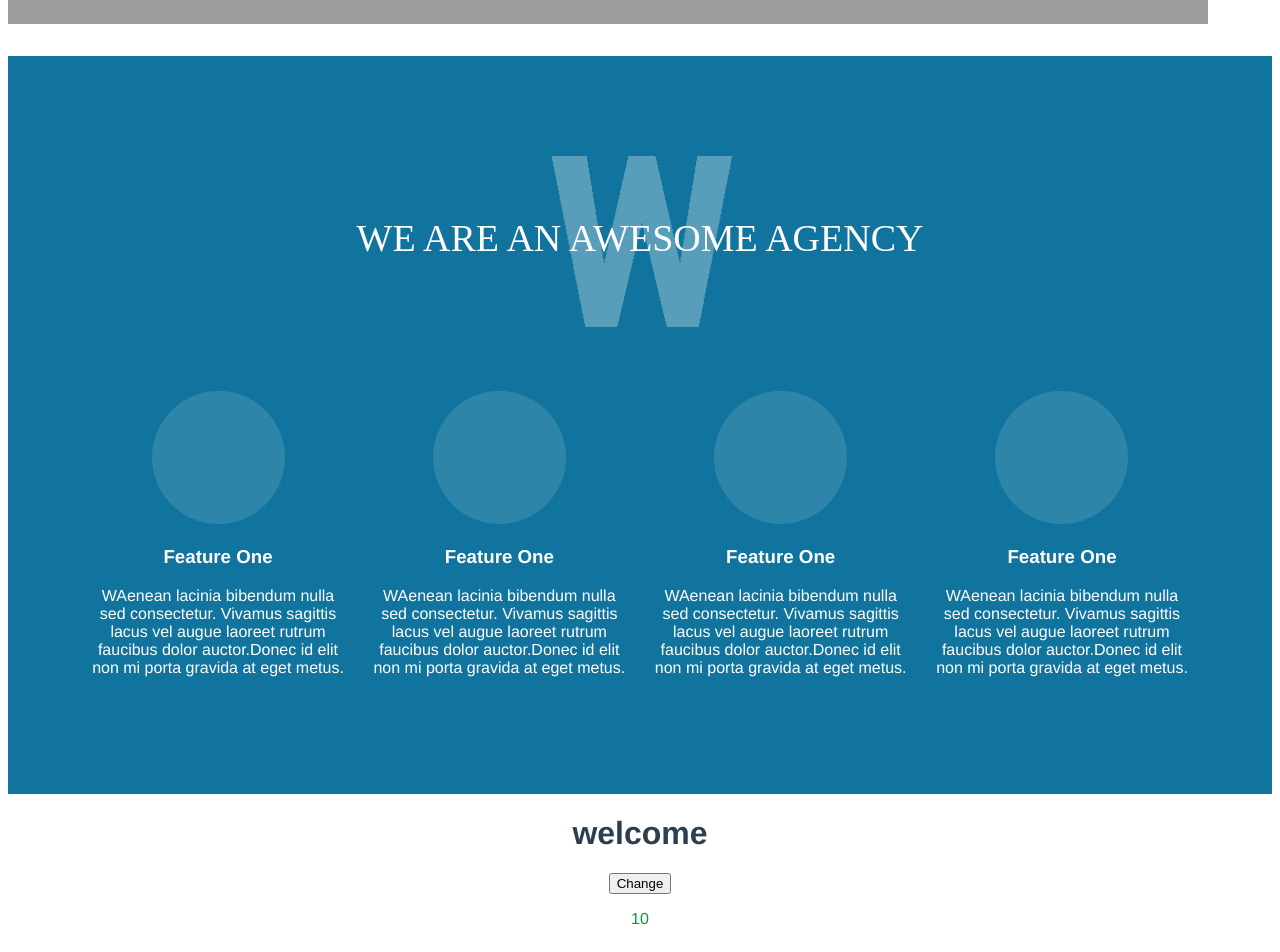
Repository: joker506/Creatives
Page: /
An editor plug-in stored every save of this project. The page is shown before and after the next save, followed by the edit.
The browser window is 1280 px wide. The pictures show the part of the page from y = 884 to 1836 px (the page is 1836 px tall).
Pictures or frames that could not be fetched are drawn as grey boxes. The project was rebuilt for these pictures with package versions that can differ from the ones it lists, and the page was loaded fresh each time.

Above is the page before, as saved 2020-04-01 19:11:29.

After the next save:
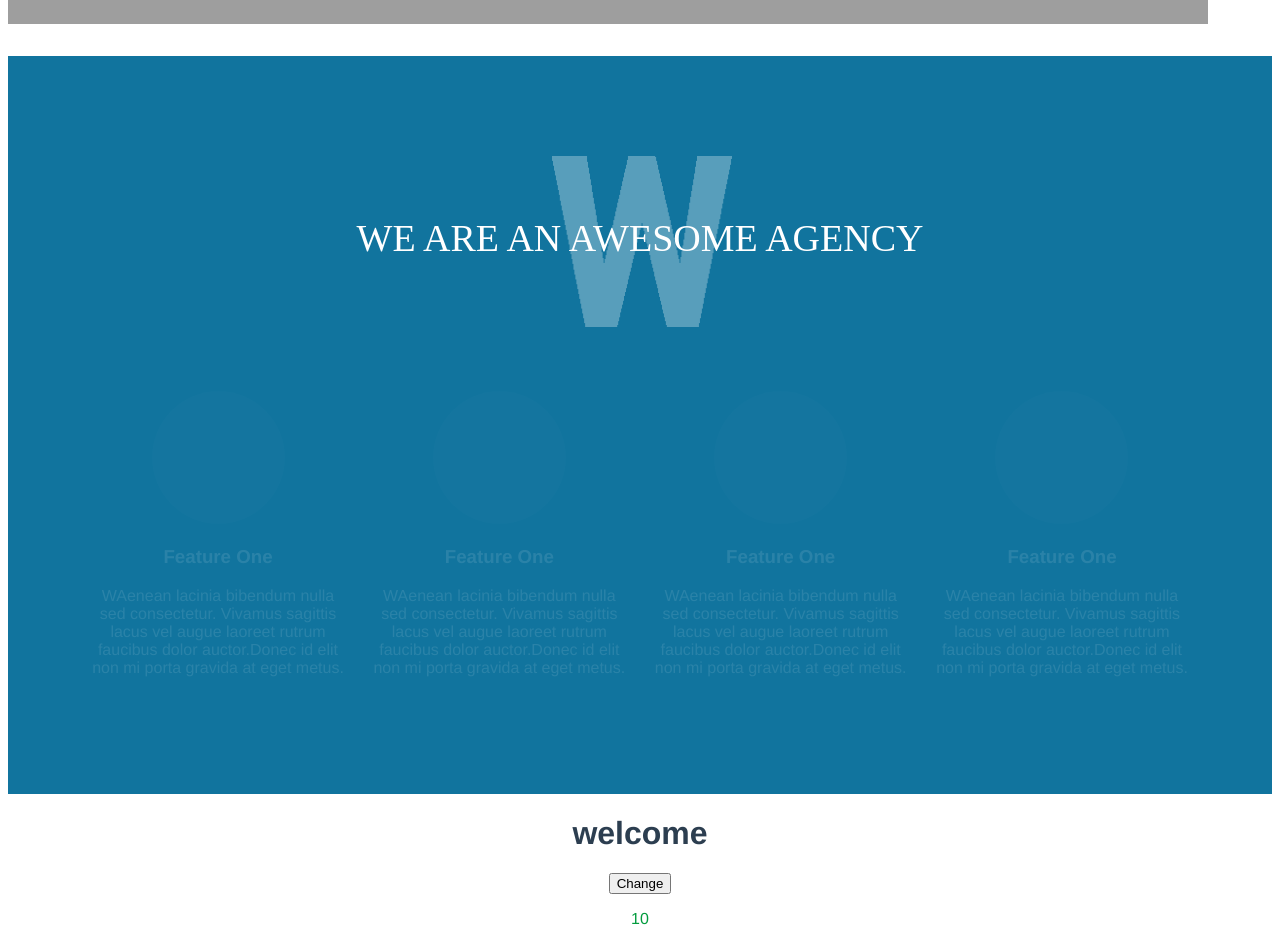
Saved 28 s later.
--- a/src/components/AdvantagesApp.vue
+++ b/src/components/AdvantagesApp.vue
@@ -90,6 +90,7 @@
 .block__first{
     width: 256px;
     color: #ffffff;
+    opacity: 0.1;
 }
 
 </style>

After the save that followed:
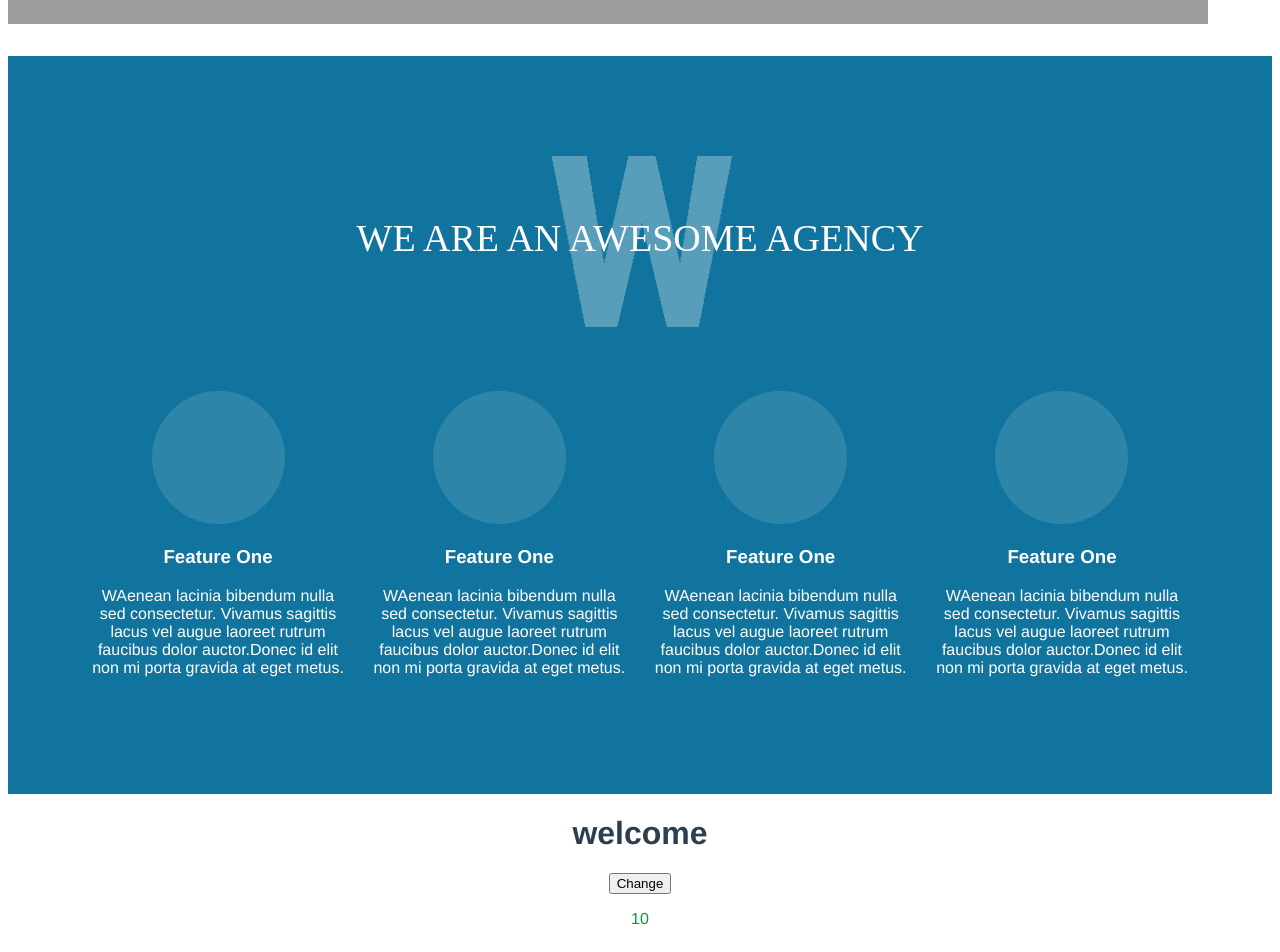
Saved 16 s later.
--- a/src/components/AdvantagesApp.vue
+++ b/src/components/AdvantagesApp.vue
@@ -90,7 +90,6 @@
 .block__first{
     width: 256px;
     color: #ffffff;
-    opacity: 0.1;
 }
 
 </style>
